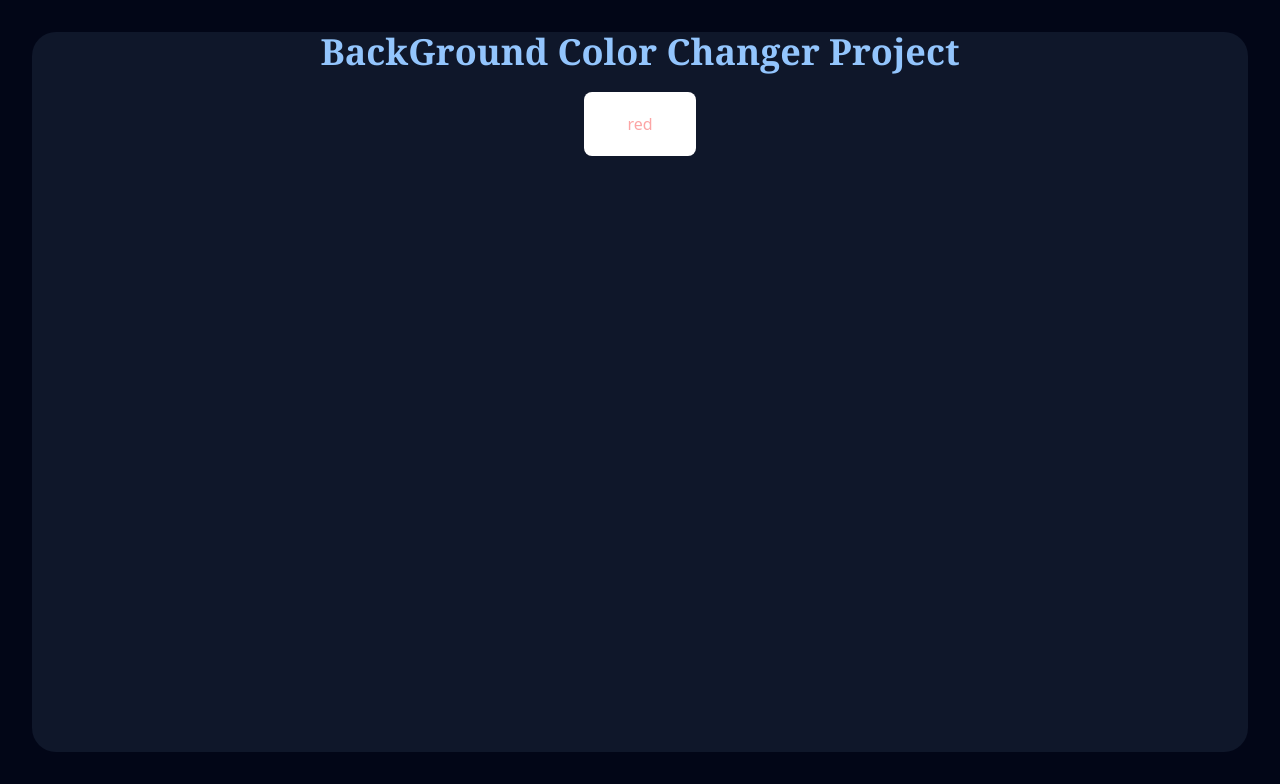
Repository: ChaitanyMishra/react-daily-work
Page: / (app in day-04-react/bg_color_changer/)
These files come from the project's save history. The page is drawn as it stood at one moment and after a run of saves; the edit follows.
The browser window is 1280 px wide. The pictures show the whole page.
The project was rebuilt for these pictures with package versions that can differ from the ones it lists, and the page was loaded fresh each time. Also part of the build but not shown: day-04-react/bg_color_changer/vite.config.js.

Above is the page before, as saved 2025-06-20 16:52:46.

After the next 2 saves:
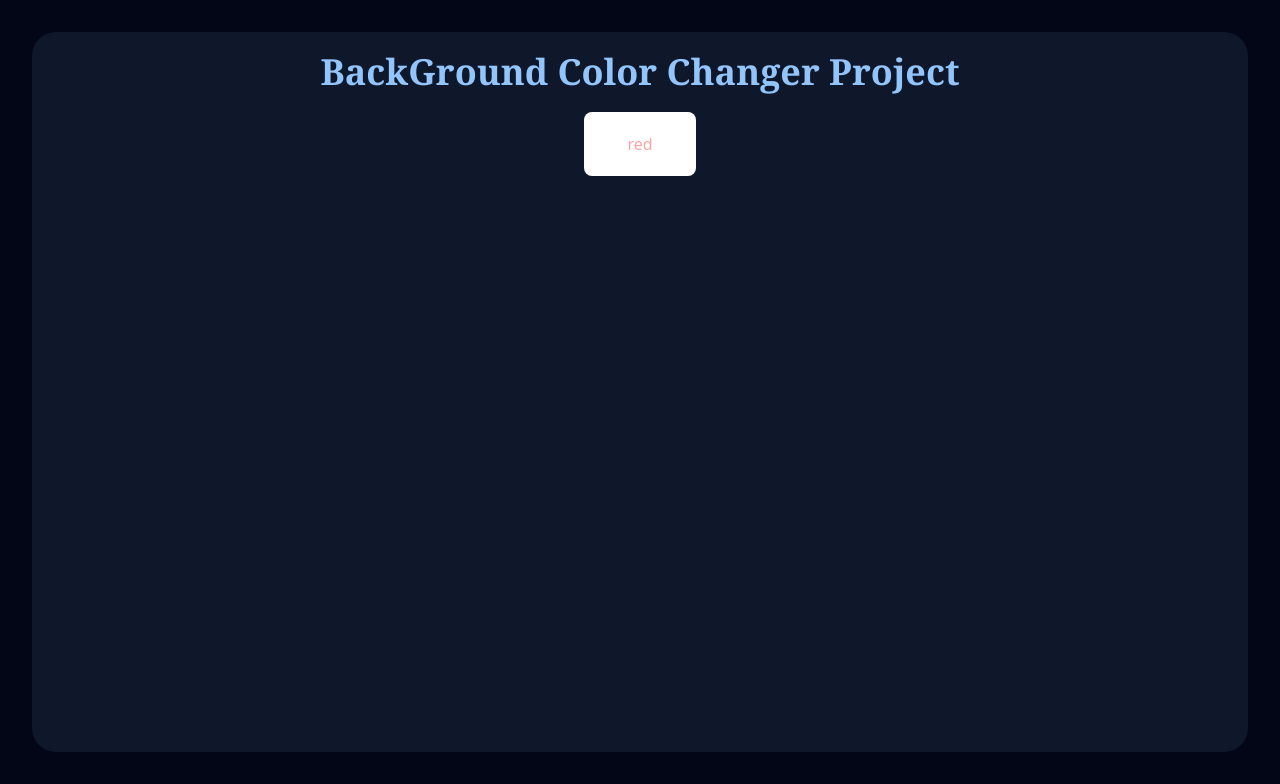
The 2 saves are shown as one change because they came seconds apart.
The last was saved 8 s later.
--- a/day-04-react/bg_color_changer/src/App.jsx
+++ b/day-04-react/bg_color_changer/src/App.jsx
@@ -8,7 +8,7 @@ function App() {
 
   return (
     <div className='w-full h-screen bg-slate-900 rounded-3xl '>
-    <h1 className=' mt- text-4xl font-serif font-bold text-blue-300 '>BackGround Color Changer Project</h1>
+    <h1 className=' pt-5 text-4xl font-serif font-bold text-blue-300 '>BackGround Color Changer Project</h1>
      <button className="bg-white text-red-300 m-5 p-5 rounded-lg w-[7rem]  ">red</button>
     <ColorChangeButton />
     </div>
